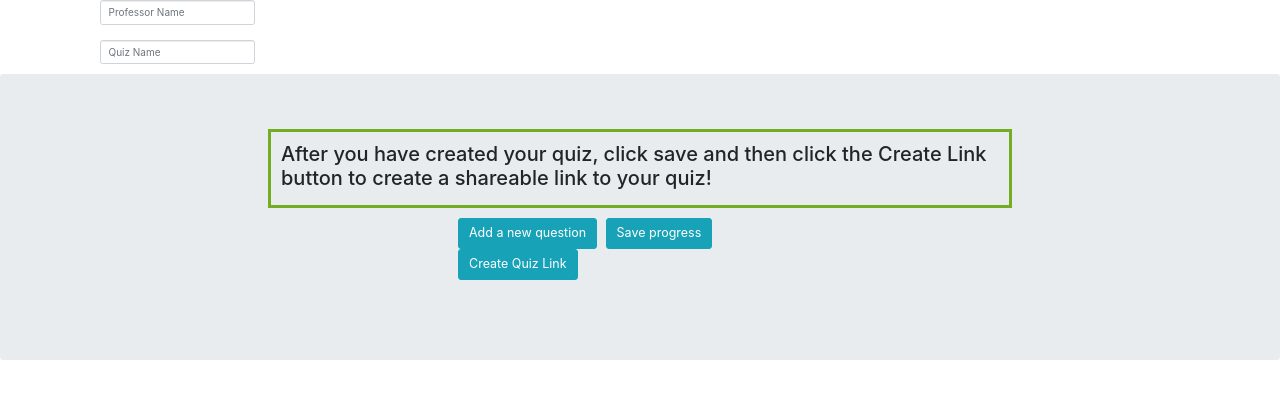
Repository: phillipdacosta/QuizemsNew
Page: /#/home
The author's editor kept a copy of each file at every save. The page is drawn from the files as they stood at one save, then again after the next save.
The browser window is 1280 px wide. The pictures show the whole page.
Some web libraries are served in a nearby version. The project was rebuilt for these pictures with package versions that can differ from the ones it lists, and the page was loaded fresh each time. Also part of the build but not shown: angular.json, src/app/quiz/quiz.component.ts, src/app/about/about.component.ts, src/app/student/student.component.ts, src/app/questions/questions.component.ts, src/app/question-display/question-display.component.ts, src/app/timer/timer.component.ts.

Above is the page before, as saved 2019-06-30 16:43:40.

After the next save:
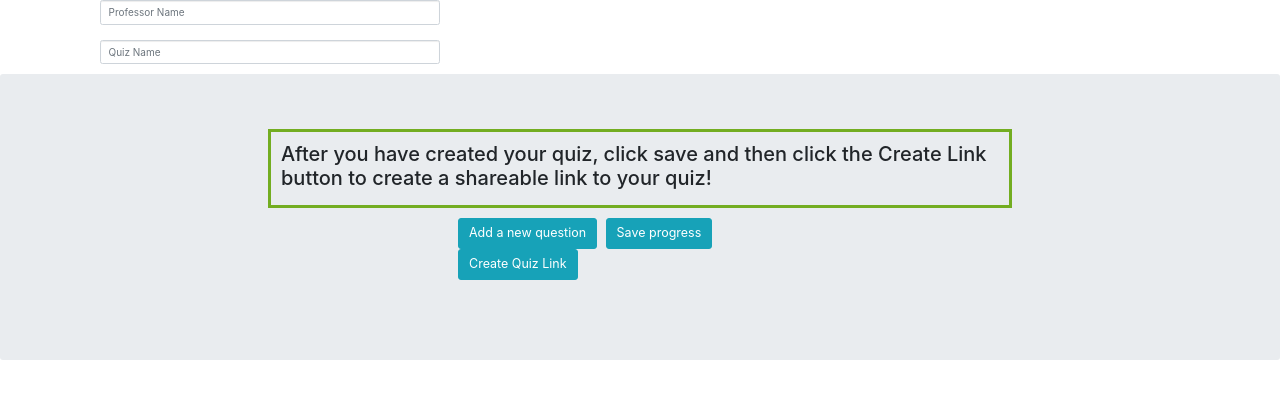
Saved 58 s later.
--- a/src/app/professor/professor.component.html
+++ b/src/app/professor/professor.component.html
@@ -13,7 +13,7 @@
 
 <div class="container">
 
-  <div class = "col-xs-2">
+  <div class = "col-xs-4">
 
     <div class="form-group ">
         <input type="password" class="form-control " id="exampleInputPassword1" placeholder="Professor Name">
